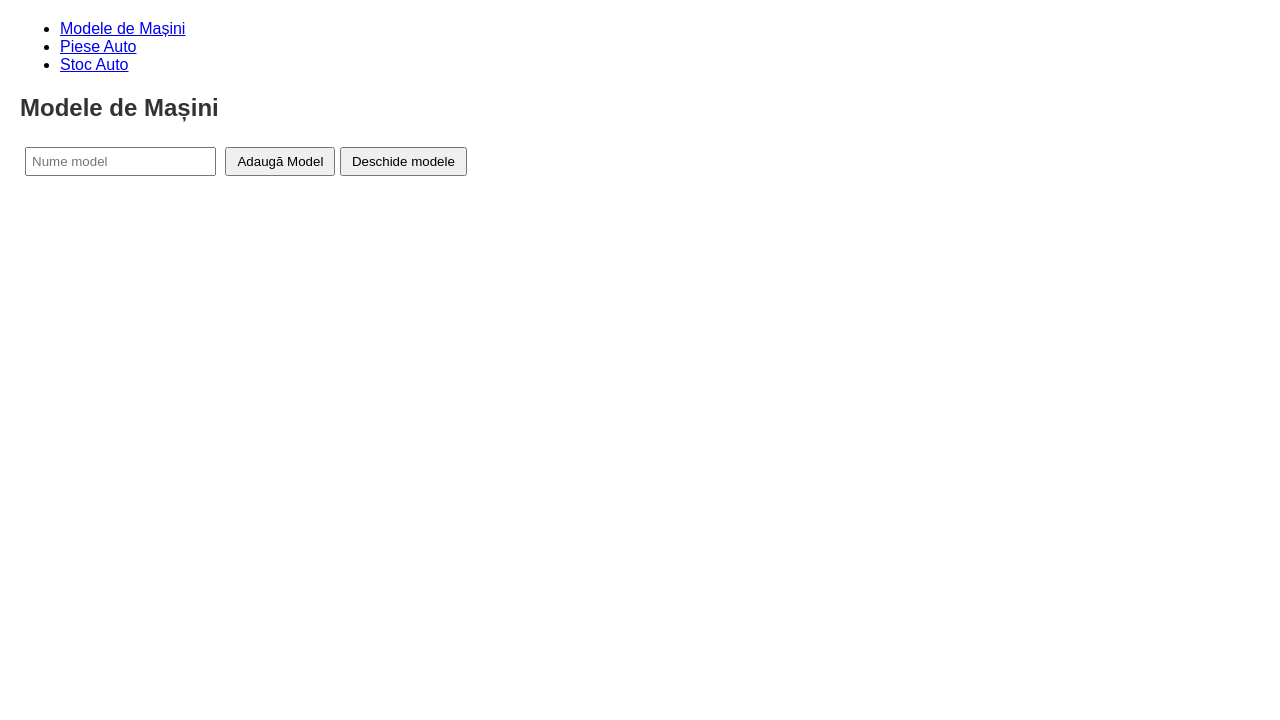
Repository: catalintoma21/autoturc
Page: stockapp1/src/main/resources/static/index.html
The author's editor kept a copy of each file at every save. The page is drawn from the files as they stood at one save, then again after the next save.
The browser window is 1280 px wide. The pictures show the whole page.
The page's requests for data from a server got no answer.

Above is the page before, as saved 2025-03-12 11:20:34.

After the next save:
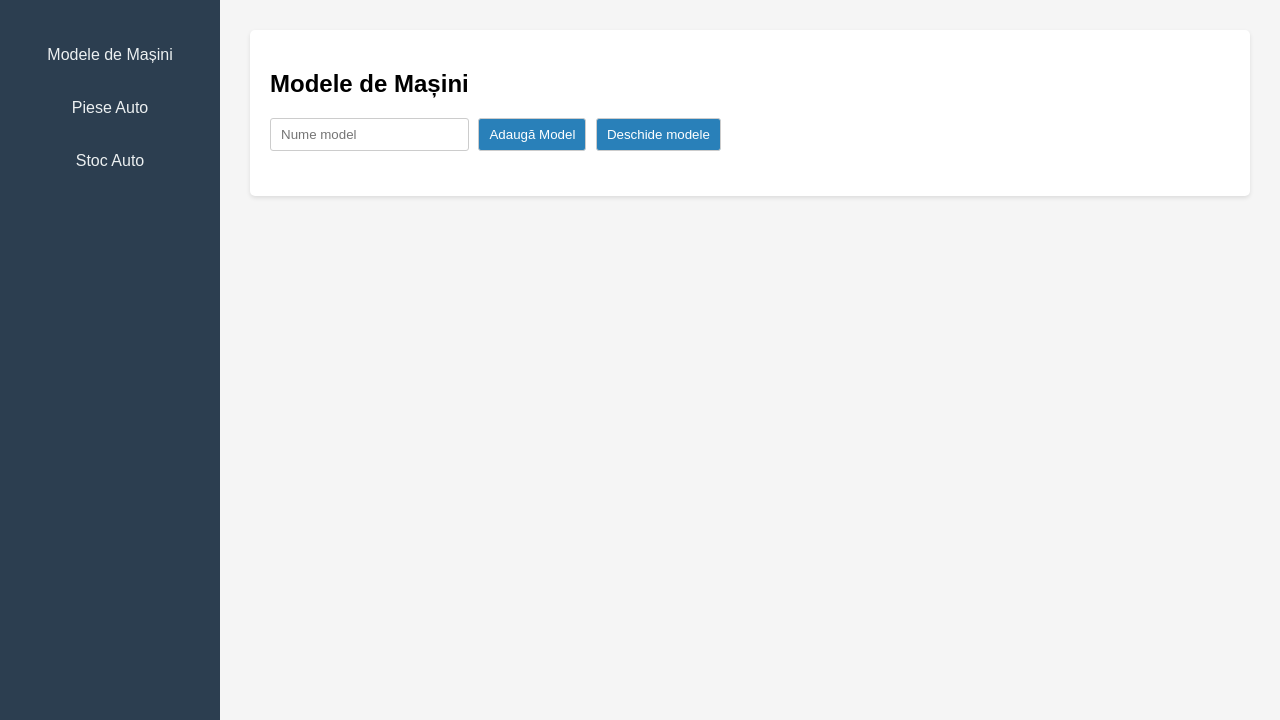
Saved 11 s later.
--- a/stockapp1/src/main/resources/static/style.css
+++ b/stockapp1/src/main/resources/static/style.css
@@ -1,44 +1,111 @@
+/* Stiluri generale */
 body {
-    font-family: Arial, sans-serif;
-    margin: 20px;
+  margin: 0;
+  font-family: Arial, sans-serif;
+  background-color: #f5f5f5;
 }
 
-h1, h2 {
-    color: #333;
+/* Containerul principal */
+.container {
+  display: flex;
+  height: 100vh;
 }
 
-section {
-    margin-bottom: 40px;
+/* Bara laterală */
+.sidebar {
+  width: 220px;
+  background-color: #2c3e50;
+  color: #ecf0f1;
+  padding: 20px 0;
 }
 
-input {
-    margin: 5px;
-    padding: 5px;
+.sidebar ul {
+  list-style: none;
+  padding: 0;
 }
 
-button {
-    padding: 5px 10px;
+.sidebar ul li {
+  margin: 15px 0;
+  text-align: center;
 }
 
+.sidebar ul li a {
+  color: #ecf0f1;
+  text-decoration: none;
+  font-size: 16px;
+  display: block;
+  padding: 10px 0;
+  transition: background 0.3s;
+}
+
+.sidebar ul li a:hover,
+.sidebar ul li a.active {
+  background-color: #34495e;
+}
+
+/* Zona de conținut */
+.content {
+  flex: 1;
+  padding: 30px;
+  overflow-y: auto;
+}
+
+/* Secțiuni */
+.section {
+  background-color: #ffffff;
+  padding: 20px;
+  margin-bottom: 30px;
+  border-radius: 5px;
+  box-shadow: 0 2px 4px rgba(0,0,0,0.1);
+}
+
+/* Grupuri de formulare */
+.form-group {
+  margin: 15px 0;
+}
+
+.form-group input, .form-group button {
+  padding: 8px 10px;
+  margin-right: 5px;
+  margin-bottom: 10px;
+  border: 1px solid #ccc;
+  border-radius: 3px;
+}
+
+/* Butoane */
+button {
+  cursor: pointer;
+  background-color: #2980b9;
+  border: none;
+  color: #fff;
+  transition: background 0.3s;
+}
+
+button:hover {
+  background-color: #3498db;
+}
+
+/* Tabel */
 table {
-    width: 100%;
-    border-collapse: collapse;
-    margin-top: 15px;
+  width: 100%;
+  border-collapse: collapse;
+  margin-top: 15px;
 }
 
 table, th, td {
-    border: 1px solid #ccc;
+  border: 1px solid #ccc;
 }
 
 th, td {
-    padding: 10px;
-    text-align: left;
+  padding: 10px;
+  text-align: left;
 }
-/* Stil pentru modal */
+
+/* Modal */
 .modal {
   display: none;
   position: fixed;
-  z-index: 1;
+  z-index: 100;
   left: 0; top: 0;
   width: 100%; height: 100%;
   overflow: auto;
@@ -46,22 +113,24 @@ th, td {
 }
 
 .modal-content {
-  background-color: #fefefe;
-  margin: 15% auto;
+  background-color: #fff;
+  margin: 10% auto;
   padding: 20px;
-  border: 1px solid #888;
-  width: 80%;
+  border-radius: 4px;
+  width: 60%;
+  position: relative;
 }
 
 .close {
+  position: absolute;
+  top: 10px;
+  right: 15px;
   color: #aaa;
-  float: right;
   font-size: 28px;
   font-weight: bold;
   cursor: pointer;
 }
 
-.close:hover,
-.close:focus {
-  color: black;
+.close:hover {
+  color: #000;
 }
